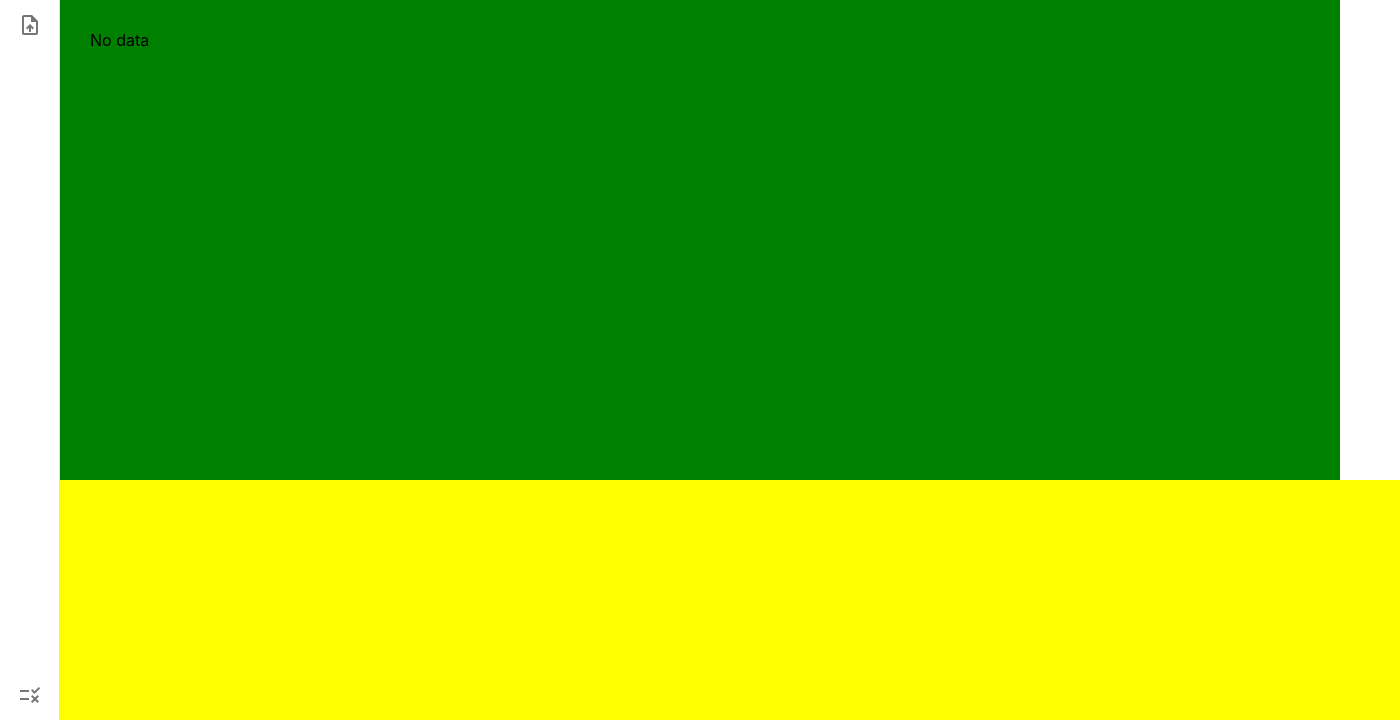
Repository: imark00/sbolInsight_frontend
Page: /
An editor plug-in stored every save of this project. The page is shown before and after the next save, followed by the edit.
The browser window is 1280 px wide. The page is 1400 px wide, so the pictures cover 1400 px, including what lies to the right of the window. The pictures show the whole page.
The project was rebuilt for these pictures with package versions that can differ from the ones it lists, and the page was loaded fresh each time. Also part of the build but not shown: src/App.css.

Above is the page before, as saved 2024-08-18 05:35:01.

After the next save:
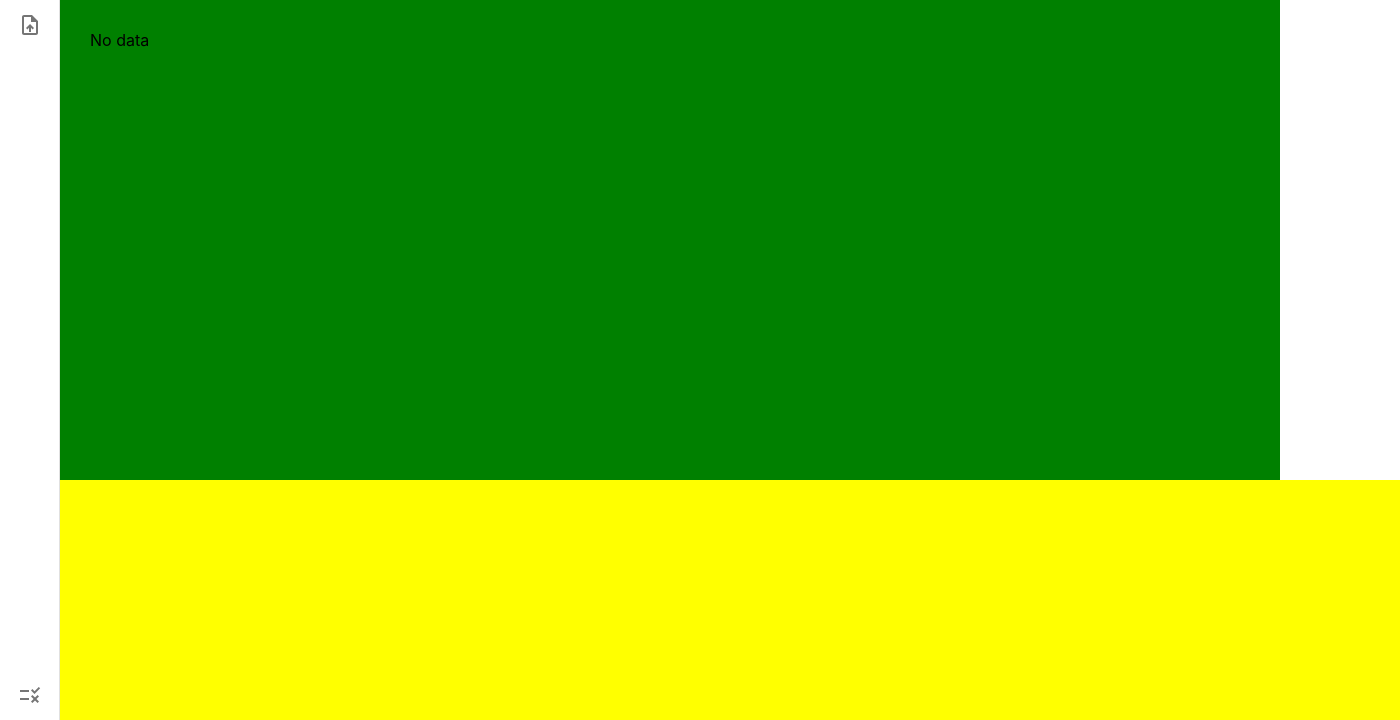
Saved 15 s later.
--- a/src/sbolInsight.js
+++ b/src/sbolInsight.js
@@ -133,7 +133,7 @@ const SBOLInsightPage = () => {
                 <Box
                     sx={{
                         flex: '1',
-                        width: '100%',
+
                         // height: '100vh',
                         // height: '100%',
                         background: 'green',
